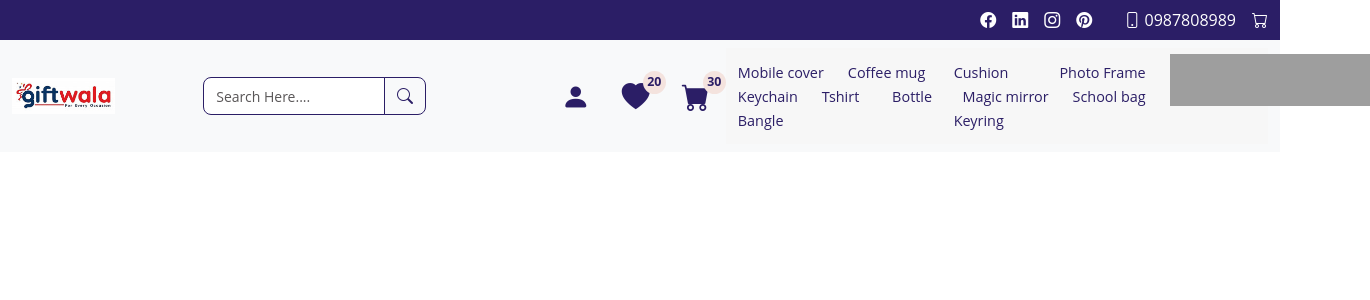
Repository: mangalravi/GiftWala
Page: index.html
These files come from the project's save history. The page is drawn as it stood at one moment and after the next save; the edit follows.
The browser window is 1280 px wide. The page is 1370 px wide, then 1280 px, then 1370 px, so the pictures cover 1370 px, including what lies to the right of the window. The pictures show the whole page.
Pictures or frames that could not be fetched are drawn as grey boxes. The style sheet was rebuilt from its Sass, Less or Tailwind sources for each picture, by a compiler version that may differ from the author's.

Above is the page before, as saved 2024-07-07 17:39:49.

### index.html
<!DOCTYPE html>
<html lang="en">
  <head>
    <meta charset="UTF-8" />
    <meta name="viewport" content="width=device-width, initial-scale=1.0" />
    <title>GiftWala</title>

    <link
      rel="apple-touch-icon"
      sizes="180x180"
      href="content/images/fabicon.png"
      alt="fabicon"
    />
    <link
      rel="icon"
      type="image/png"
      sizes="32x32"
      href="content/images/fabicon.png"
      alt="fabicon"
    />
    <link
      rel="icon"
      type="image/png"
      sizes="16x16"
      href="content/images/fabicon.png"
      alt="fabicon"
    />
    <link
      rel="publication"
      href=""
      crossorigin="use-credentials"
      type="application/manifest+json"
    />
    <meta name="msapplication-TileColor" content="#da532c" />
    <meta name="theme-color" content="#ffffff" />

    <link rel="icon" href="content/images/logo/favicon.png" type="image/png" />
    <link rel="stylesheet" href="content/css/bootstrap-icons.css" />
    <link rel="stylesheet" href="content/bootstrap/css/bootstrap.min.css" />
    <link rel="stylesheet" href="content/css/font-family.css" />
    <link rel="stylesheet" href="content/css/aos.css" />
    <link rel="stylesheet" href="content/css/custom.css" />
  </head>
  <body>
    <header>
      <div class="tophdr">
        <div class="container-fluid d-flex justify-content-end">
          <ul class="tpmnul">
            <li>
              <ul class="social-link">
                <li>
                  <a
                    href="#"
                    rel="noopener noreferrer"
                    target="_blank"
                    aria-label="Facebook"
                    class="fb"
                    ><i class="bi bi-facebook"></i
                  ></a>
                </li>
                <li>
                  <a
                    href="#"
                    rel="noopener noreferrer"
                    target="_blank"
                    aria-label="Linkedin"
                    class="in"
                    ><i class="bi bi-linkedin"></i
                  ></a>
                </li>
                <li>
                  <a
                    href="#"
                    rel="noopener noreferrer"
                    target="_blank"
                    aria-label="Instagram"
                    class="inta"
                    ><i class="bi bi-instagram"></i
                  ></a>
                </li>
                <li>
                  <a
                    href="#"
                    rel="noopener noreferrer"
                    target="_blank"
                    aria-label="Pinterest"
                    class="inta"
                    ><i class="bi bi-pinterest"></i
                  ></a>
                </li>
                <li>
                  <a
                    href="#"
                    rel="noopener noreferrer"
                    target="_blank"
                    aria-label="Threads"
                    class="in"
                    ><i class="bi bi-threads"></i
                  ></a>
                </li>
              </ul>
            </li>
            <li>
              <a href="#">
                <i class="bi bi-phone"></i>
                <span>0987808989</span>
              </a>
            </li>
            <li>
              <a href="#">
                <i class="bi bi-cart"></i>
              </a>
            </li>
          </ul>
        </div>
      </div>
      <nav class="navbar navbar-expand-lg bg-body-tertiary">
        <div class="container-fluid">
          <a class="navbar-brand m-0" href="#">
            <img
              src="content/images/logo.jpg"
              alt="logo"
              height="45"
              width="131"
            />
          </a>
          <button
            class="navbar-toggler"
            type="button"
            data-bs-toggle="collapse"
            data-bs-target="#navbarSupportedContent"
            aria-controls="navbarSupportedContent"
            aria-expanded="false"
            aria-label="Toggle navigation"
          >
            <span class="navbar-toggler-icon"></span>
          </button>
          <div
            class="collapse navbar-collapse justify-content-end"
            id="navbarSupportedContent"
          >
            <div class="row w-100 align-items-center">
              <div class="col-sm-8">
                <div class="row justify-content-center">
                  <div class="col-sm-7">
                    <form class="d-flex" role="search">
                      <div class="input-group">
                        <input
                          type="text"
                          class="form-control"
                          placeholder="Search Here...."
                        />
                        <span class="input-group-text" id="basic-addon2">
                          <i class="bi bi-search"></i>
                        </span>
                      </div>
                    </form>
                  </div>
                </div>
              </div>
              <div class="col-sm-4">
                <ul class="navbar-nav mb-2 mb-lg-0 justify-content-end">
                  <li class="nav-item">
                    <a class="nav-link" aria-current="page" href="#"
                      ><i class="bi bi-person-fill"></i
                    ></a>
                  </li>
                  <li class="nav-item">
                    <a class="nav-link" href="#"
                      ><i class="bi bi-heart-fill"></i>
                      <span class="badge">20</span>
                    </a>
                  </li>
                  <li class="nav-item">
                    <a class="nav-link" href="#">
                      <i class="bi bi-cart-fill"></i>
                      <span class="badge">30</span>
                    </a>
                  </li>
                </ul>
              </div>
            </div>
            <div class="btmhdr">
              <div class="container-fluid">
                <div class="btmhdrnv">
                  <div class="row w-100">
                    <div class="col-sm-10">
                      <div class="row align-items-center">
                        <div class="col"><a href="#">Mobile cover</a></div>
                        <div class="col"><a href="#">Coffee mug</a></div>
                        <div class="col"><a href="#">Cushion</a></div>
                        <div class="col"><a href="#">Photo Frame</a></div>
                        <div class="col"><a href="#">Keychain</a></div>
                        <div class="col"><a href="#">Tshirt</a></div>
                        <div class="col"><a href="#">Bottle</a></div>
                        <div class="col"><a href="#">Magic mirror</a></div>
                        <div class="col"><a href="#">School bag</a></div>
                        <div class="col"><a href="#">Bangle</a></div>
                        <div class="col"><a href="#">Keyring</a></div>
                      </div>
                    </div>
                    <div class="col-sm-2">
                      <div class="position-relative">
                        <a class="adbHeaderLink" href="#">
                          <div class="left bg-express_delivery_1"></div>
                          <input type="hidden" value="Delivery In 2 hours" />
                        </a>
                      </div>
                    </div>
                  </div>
                </div>
              </div>
            </div>
          </div>
        </div>
      </nav>
    </header>

    <!--
<footer>
  <div class="container">
    <div class="row mb-4">
      <div class="col-sm-6 col-md-2 d-flex">
        <div class="hdr-img mb-4">
          <img src="hdr-logo" alt="hdr-logo">
        </div>
      </div>
      <div class="col-md-7">
        <div class="row">
            <div class="col-3">
              <ul>
                <li><a href="aboutus.html">About Us</a></li>
                <li><a href="contact-us.html">Contact Us</a></li>
                <li><a href="faq.html">FAQ</a></li>
              </ul>
            </div>
            <div class="col-4">
              <ul>
                <li><a href="term-and-condition.html">Terms of Purchase</a></li>
                <li><a href="item-condition.html">Items Condition</a></li>
                <li><a href="privacy-policy.html">Privacy Policy</a></li>
              </ul>
            </div>
            <div class="col-5">
              <ul class="mailli">
                <li><a href="tel:1800-419-0431"><i class="bi bi-telephone-fill"></i> 1800-419-0431</a></li>
                <li><a href="mailto: support@b2bstop.com"><i class="bi bi-envelope"></i>  support@b2bstop.com</a></li>
              </ul>
            </div>
         </div>

      </div>
      <div class="col-sm-6 col-md-3 d-flex">
        <div class="adrs">
          <a href="http://maps.google.com/?q=1200 Pennsylvania Ave SE, Washington, District of Columbia, 20003"">
            <i class="bi bi-geo-alt-fill"></i>
            No. 565, Axis Pennmark building, 2nd, 3rd & 4th Floor, 9th cross road, Sarakki, 3rd phase, JP Nagar, Bangalore, Karnataka - 560078
          </a>
        </div>
      </div>
    </div>
    <div class="btn-hdng">
      <p class="text-center">© b2bstop - Trade mark of Green Enabled IT Solutions Pvt. Ltd</p>
    </div>
  </div>
</footer> -->

    <script src="content/js/jquery.min.js"></script>
    <script src="content/js/slick.js"></script>
    <script src="content/js/aos.js"></script>
    <script src="content/bootstrap/js/bootstrap.bundle.min.js"></script>
    <script src="content/js/custom.js"></script>
    <script>
      AOS.init();
    </script>
  </body>
</html>

### content/css/font-family.css
@font-face {
  font-family: "OpenSans";
  font-style: normal;
  font-weight: 400;
  src: url("../fonts/Open_Sans/static/OpenSans-Regular.ttf") format("truetype");
  font-display: swap;
}

@font-face {
  font-family: "OpenSans";
  font-style: normal;
  font-weight: 500;
  src: url("../fonts/Open_Sans/static/OpenSans-Medium.ttf") format("truetype");
  font-display: swap;
}

@font-face {
  font-family: "OpenSans";
  font-style: normal;
  font-weight: 600;
  src: url("../fonts/Open_Sans/static/OpenSans-SemiBold.ttf") format("truetype");
  font-display: swap;
}

@font-face {
  font-family: "OpenSans";
  font-style: normal;
  font-weight: 700;
  src: url("../fonts/Open_Sans/static/OpenSans-Bold.ttf") format("truetype");
  font-display: swap;
}

### content/js/custom.js
$(".projetos-slider").slick({
  slidesToShow: 1,
  slidesToScroll: 1,
  autoplay: true,
  autoplaySpeed: 1000,
  arrows: false,
  dots: false,
  adaptiveHeight: true,
  speed: 1500,
  responsive: [
    {
      breakpoint: 1121,
      settings: {
        slidesToShow: 1,
        autoplay: true,
        adaptiveHeight: true,
      },
    },
    {
      breakpoint: 768,
      settings: {
        slidesToShow: 1,
        autoplay: true,
        adaptiveHeight: true,
      },
    },
  ],
});

### content/css/custom.scss
:root {
  --bs-primary: #2b1e66;
  --bs-secondary: #ed247c;
  --bs-heading: #333333;
  --bs-para: #595657;
  --bs-border-color: #e8e8e8;
  --bs-root-font-size: 16px;
  --bs-body-font-family: 'Open Sans', sans-serif;
}

.bi,
.btn,
.h1,
.h2,
.h3,
.h4,
.h5,
.h6,
:after,
:before,
a,
button,
h1,
h2,
h3,
h4,
h5,
h6,
img,
input,
li,
p,
select,
span,
textarea {
  transition: 0.5s ease-out;
}

ul {
  padding: 0;
  margin: 0;

  li {
    list-style: none;
    color: var(--bs-primary);
  }
}

body {
  margin: 0;
  font-family: var(--bs-body-font-family);
  overflow-x: hidden;
  font-size: 16px;
  position: inherit !important;
}

.overflow-x-hidden {
  overflow-x: hidden;
}

.h1,
.h2,
.h3,
.h4,
.h5,
.h6,
h1,
h2,
h3,
h4,
h5,
h6 {
  font-family: var(--bs-body-font-family);
  font-weight: 600;
  margin-bottom: 1rem;
  line-height: 1.35;
  color: var(--bs-secondary);
}

.btn {
  padding: 0.65rem 0.6rem;
  font-size: 0.65rem;
  text-transform: uppercase;
  transition: all 0.25s;
  border-radius: 0.35rem;
  height: 37.72px;
  font-weight: 600;
}

.btn-secondary-fill {
  background: var(--bs-secondary);
  border: 1px solid var(--bs-secondary);
  color: #fff;

  &:hover {
    background: var(--bs-secondary);
    border: 1px solid var(--bs-secondary);
    color: #fff;
  }
}


input {
  &::placeholder {
    font-size: 0.85rem;
    color: #000;
  }
}

.form-group {
  width: 100%;
  border: 1px solid #e1e1e2;
  border-radius: 0.25rem;
  padding: 0.25rem 1rem;

  &::placeholder {
    font-size: 1rem;
    color: #aeb3b3;
  }

  &::focus {
    outline: none;
    border: 1px solid var(--bs-primary);
  }
}

img {
  object-fit: contain;
  max-width: 100%;
}

.btn-primary {
  color: #fff;
  background-color: var(--bs-primary);
  border: 1px solid var(--bs-primary);
}

.btn-secondary {
  color: var(--bs-secondary);
  background-color: transparent;
  border: 1px solid var(--bs-secondary);

  &:hover {
    border-radius: 0.5rem;
    color: #fff;
    background-color: var(--bs-secondary);
    border-color: transparent;
    transition: all 0.8s;
  }

  &:focus {
    color: #fff;
    background-color: var(--bs-secondary);
    border-color: transparent;
  }
}

.btn-primary {

  &:hover,
  &:focus {
    color: #fff;
    background-color: var(--bs-primary);
    outline: 0;
    box-shadow: none;
    border-color: transparent;
  }
}

.btn-main {
  &:hover {
    background: #fff;
    color: var(--bs-secondary);
  }
}

.nav-item {
  padding: 0 0.5rem;
  color: #333333ad;
  font-weight: 500;

  .nav-link {
    padding: 0 0.5rem;
    color: var(--bs-secondary);
  }

}

a {
  &:hover {
    color: var(--bs-primary);
    text-decoration: none;
  }
}

svg,
img {
  vertical-align: middle;
}

section,
footer {
  padding: 50px 0;
}

.socilhdr {
  display: flex;
  justify-content: flex-end;
  gap: 1.5rem;
  padding: 0;

  li {
    list-style-type: none;
  }
}

.tophdr {
  padding: 0.5rem 0;
  background: var(--bs-primary);

  .tpmnul {
    display: flex;
    align-items: center;
    gap: 1rem;
    color: #fff;

    a {
      color: #fff;
      text-decoration: none;
    }

    .social-link {
      display: flex;
      align-items: center;
      gap: 1rem;

      li {
        a {
          color: #fff;
        }
      }
    }
  }
}

.badge {
  position: absolute;
  top: -4px;
  right: -8px;
  background: #f4e3de;
  padding: 0.25rem;
  width: 23px;
  height: 23px;
  border-radius: 50%;
  color: var(--bs-primary);
  z-index: 0;
  font-size: 0.775rem;
  display: flex;
  align-items: center;
  justify-content: center;
}

.bg-body-tertiary {
  background-color: #f8f9fa;
}

.navbar-nav {
  li {

    a {
      z-index: 8;
      font-size: 1.75rem;
      position: relative;

      i {
        color: var(--bs-primary);
      }
    }
  }
}

.input-group {
  input {
    border: 1px solid var(--bs-primary);
    border-radius: 0.5rem 0 0 0.5rem;

    &:focus {
      box-shadow: none;
    }

    &::placeholder {
      color: #595657;
      font-size: 0.875rem;
    }
  }
}

.input-group-text {
  border: 1px solid var(--bs-primary);
  border-radius: 0.5rem 0.5rem 0.5rem 0;
  display: flex;
  align-items: center;

  i {
    color: var(--bs-primary);
  }
}

.btmhdr {
  background: #f7f7f7;
  padding: 0.75rem 0;

  .btmhdrnv {
    display: flex;
  }
}

.bg-express_delivery_1 {
  width: 200px;
  height: 53px;
  background: url(https://assets.winni.in/groot/2023/11/20/desktop/scooter-animation-fifth.gif) no-repeat 0 1px;
  position: absolute;
  left: 0;
  top: -7px;
}

.col {
  a {
    text-decoration: none;
    text-wrap: nowrap;
    color: var(--bs-primary);
    text-align: center;
    font-size: 0.9rem;
  }
}

Loaded but not shown: content/css/bootstrap-icons.css (library); content/bootstrap/css/bootstrap.min.css (library); content/css/aos.css (library); content/js/jquery.min.js (library); content/js/slick.js (library); content/js/aos.js (library); content/bootstrap/js/bootstrap.bundle.min.js (library)

After the next save:
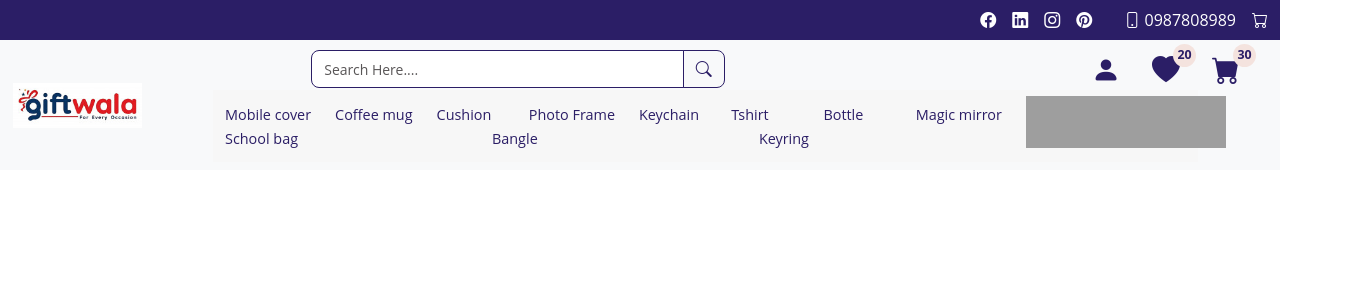
Saved 15 min 2 s later.
--- a/index.html
+++ b/index.html
@@ -136,7 +136,7 @@
             <span class="navbar-toggler-icon"></span>
           </button>
           <div
-            class="collapse navbar-collapse justify-content-end"
+            class="collapse navbar-collapse justify-content-end flex-column"
             id="navbarSupportedContent"
           >
             <div class="row w-100 align-items-center">

After the save that followed:
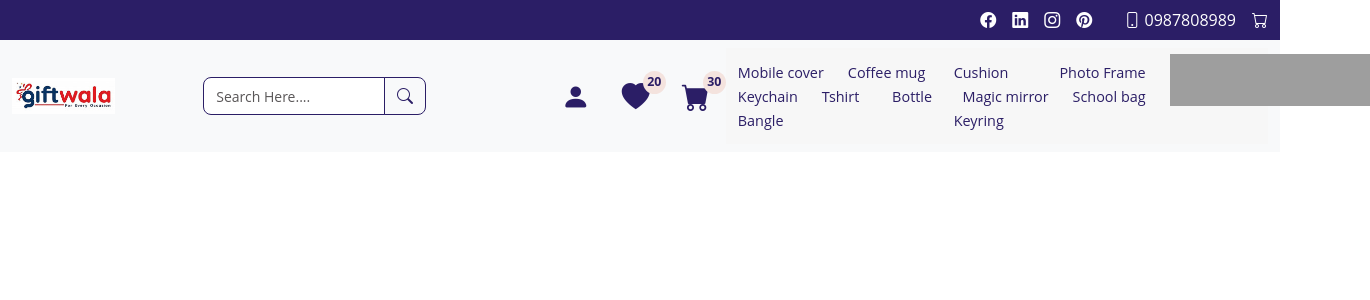
Saved 2 min 1 s later.
--- a/index.html
+++ b/index.html
@@ -136,7 +136,7 @@
             <span class="navbar-toggler-icon"></span>
           </button>
           <div
-            class="collapse navbar-collapse justify-content-end flex-column"
+            class="collapse navbar-collapse justify-content-end"
             id="navbarSupportedContent"
           >
             <div class="row w-100 align-items-center">
